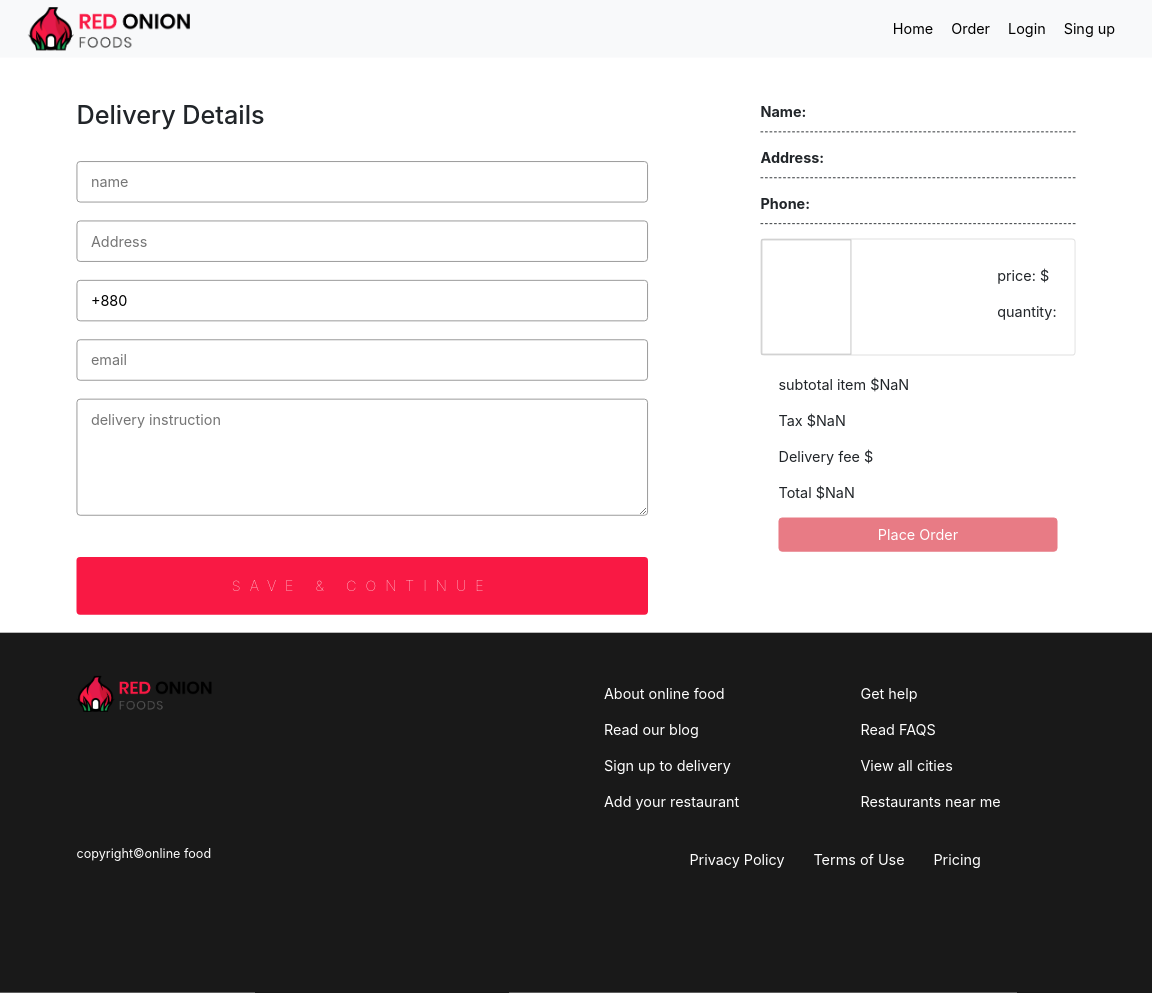
Repository: arif286/red-onion-client
Page: /checkOut
An editor plug-in stored every save of this project. The page is shown before and after the next save, followed by the edit.
The browser window is 1280 px wide. The pictures show the whole page, at 90% of full size.
The page's requests for data from a server got no answer. The project was rebuilt for these pictures with package versions that can differ from the ones it lists, and the page was loaded fresh each time. No one was signed in, and anything a server would have sent is missing. Also part of the build but not shown: src/App.css, src/components/SearchBar/SearchBar.css, src/components/SearchBar/SearchBar.js, src/components/FoodDetails/FoodDetail.css, src/components/FoodDetails/FoodDetail.js, src/components/DeliveryFood/DeliveryFood.js, src/components/Food/Food.css, src/components/Food/FoodItem.js and 10 more. Imported but missing from the stored project, and not drawn on this page: src/components/CheckOut/Map/Map.

Above is the page before, as saved 2021-04-06 03:27:45.

After the next save:
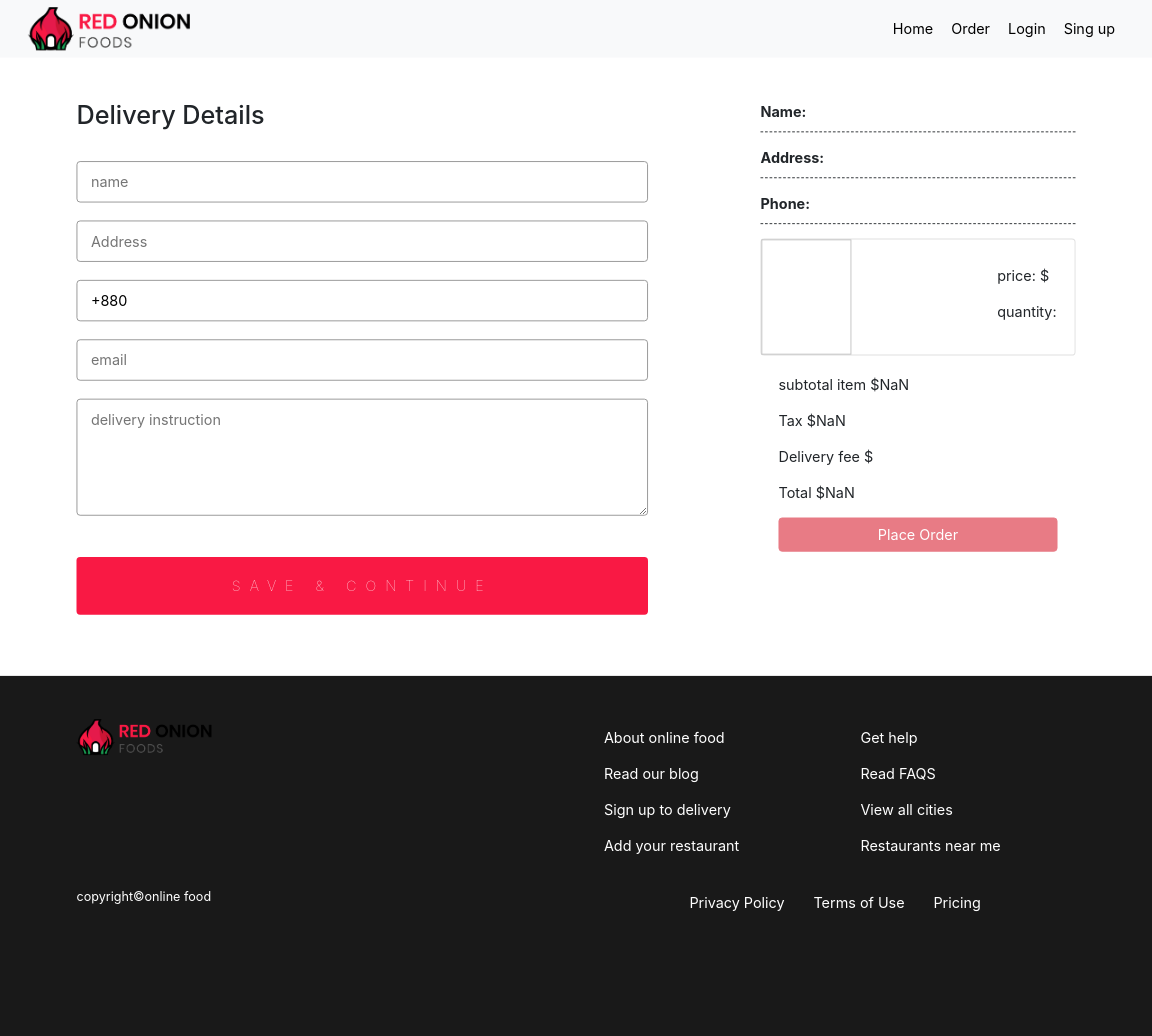
Saved 2 min 13 s later.
--- a/src/components/CheckOut/CheckOut.js
+++ b/src/components/CheckOut/CheckOut.js
@@ -67,7 +67,7 @@ const CheckOut = () => {
           </div>
         </div>
       ) : (
-        <div className="row mt-5 justify-content-between">
+        <div className="row mt-5 justify-content-between mb-5">
           <div className="col-md-7 col-sm-12">
             {!map ? (
               <Map />
